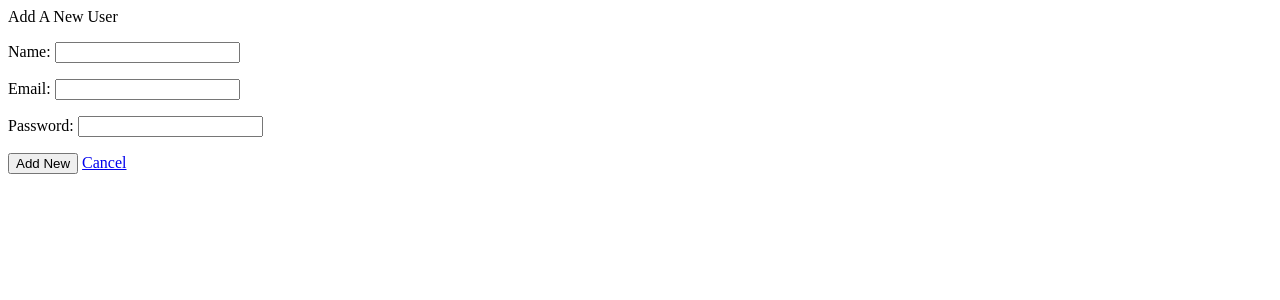
Repository: SirRabbitt/Aplikacja-crud-z-logowaniem-php-js-
Page: http://localhost/add.php
An editor plug-in stored every save of this project. The page is shown before and after the next save, followed by the edit.
The browser window is 1280 px wide. The pictures show the whole page.
The page is run by PHP 8.4 with error messages shown; the project is at /var/www/html/. pdo.php is not in the repository; a stand-in opens the database connection.

Above is the page before, as saved 2024-05-21 08:58:29.

After the next save:
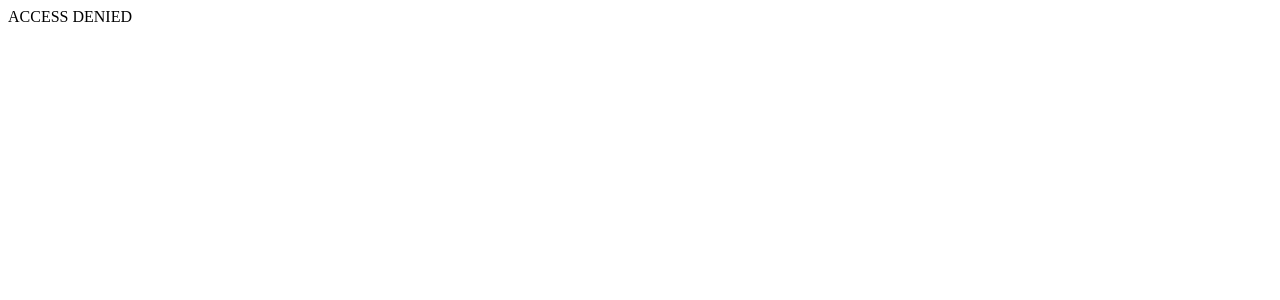
Saved 8 min 22 s later.
--- a/add.php
+++ b/add.php
@@ -1,39 +1,42 @@
 <?php
+session_start();
 require_once "pdo.php";
-session_start();
 
-if ( isset($_POST['name']) && isset($_POST['email'])
-     && isset($_POST['password'])) {
+if ( ! isset($_SESSION['name']) ) {
+    die('ACCESS DENIED');
+}
 
-    // Data validation
-    if ( strlen($_POST['name']) < 1 || strlen($_POST['password']) < 1) {
-        $_SESSION['error'] = 'Missing data';
-        header("Location: add.php");
-        return;
-    }
-
-    if ( strpos($_POST['email'],'@') === false ) {
-        $_SESSION['error'] = 'Bad data';
-        header("Location: add.php");
-        return;
-    }
-
-    $sql = "INSERT INTO users (name, email, password)
-              VALUES (:name, :email, :password)";
-    $stmt = $pdo->prepare($sql);
-    $stmt->execute(array(
-        ':name' => $_POST['name'],
-        ':email' => $_POST['email'],
-        ':password' => $_POST['password']));
-    $_SESSION['success'] = 'Record Added';
-    header( 'Location: index.php' ) ;
+if ( isset($_POST['cancel']) ) {
+    header('Location: index.php');
     return;
 }
 
-// Flash pattern
-if ( isset($_SESSION['error']) ) {
-    echo '<p style="color:red">'.$_SESSION['error']."</p>\n";
-    unset($_SESSION['error']);
+if ( isset($_POST['make']) && isset($_POST['model']) && isset($_POST['year']) && isset($_POST['mileage']) ) {
+    if ( strlen($_POST['make']) < 1 || strlen($_POST['model']) < 1 || strlen($_POST['year']) < 1 || strlen($_POST['mileage']) < 1 ) {
+        $_SESSION['error'] = "All fields are required";
+        header("Location: add.php");
+        return;
+    } elseif ( ! is_numeric($_POST['year']) ) {
+        $_SESSION['error'] = "Year must be an integer";
+        header("Location: add.php");
+        return;
+    } elseif ( ! is_numeric($_POST['mileage']) ) {
+        $_SESSION['error'] = "Mileage must be an integer";
+        header("Location: add.php");
+        return;
+    } else {
+        $sql = "INSERT INTO autos (make, model, year, mileage) VALUES (:make, :model, :year, :mileage)";
+        $stmt = $pdo->prepare($sql);
+        $stmt->execute(array(
+            ':make' => $_POST['make'],
+            ':model' => $_POST['model'],
+            ':year' => $_POST['year'],
+            ':mileage' => $_POST['mileage'])
+        );
+        $_SESSION['success'] = "Record added";
+        header("Location: index.php");
+        return;
+    }
 }
 ?>
 <p>Add A New User</p>

After the save that followed:
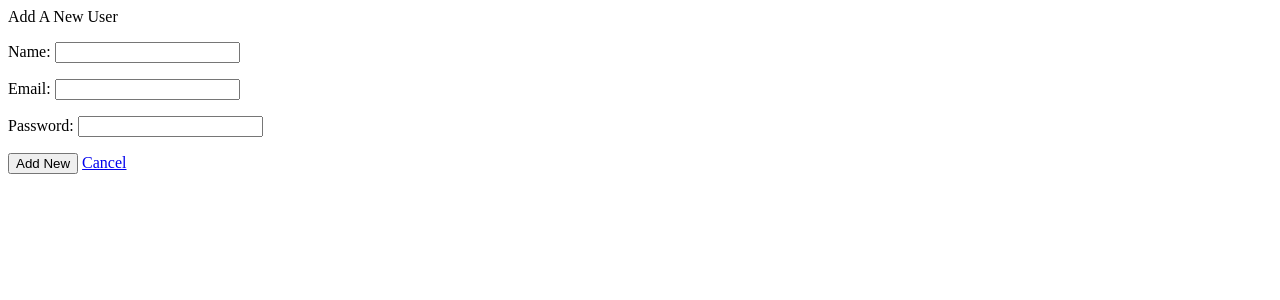
Saved 13 s later.
--- a/add.php
+++ b/add.php
@@ -1,42 +1,39 @@
 <?php
+require_once "pdo.php";
 session_start();
-require_once "pdo.php";
 
-if ( ! isset($_SESSION['name']) ) {
-    die('ACCESS DENIED');
-}
+if ( isset($_POST['name']) && isset($_POST['email'])
+     && isset($_POST['password'])) {
 
-if ( isset($_POST['cancel']) ) {
-    header('Location: index.php');
+    // Data validation
+    if ( strlen($_POST['name']) < 1 || strlen($_POST['password']) < 1) {
+        $_SESSION['error'] = 'Missing data';
+        header("Location: add.php");
+        return;
+    }
+
+    if ( strpos($_POST['email'],'@') === false ) {
+        $_SESSION['error'] = 'Bad data';
+        header("Location: add.php");
+        return;
+    }
+
+    $sql = "INSERT INTO users (name, email, password)
+              VALUES (:name, :email, :password)";
+    $stmt = $pdo->prepare($sql);
+    $stmt->execute(array(
+        ':name' => $_POST['name'],
+        ':email' => $_POST['email'],
+        ':password' => $_POST['password']));
+    $_SESSION['success'] = 'Record Added';
+    header( 'Location: index.php' ) ;
     return;
 }
 
-if ( isset($_POST['make']) && isset($_POST['model']) && isset($_POST['year']) && isset($_POST['mileage']) ) {
-    if ( strlen($_POST['make']) < 1 || strlen($_POST['model']) < 1 || strlen($_POST['year']) < 1 || strlen($_POST['mileage']) < 1 ) {
-        $_SESSION['error'] = "All fields are required";
-        header("Location: add.php");
-        return;
-    } elseif ( ! is_numeric($_POST['year']) ) {
-        $_SESSION['error'] = "Year must be an integer";
-        header("Location: add.php");
-        return;
-    } elseif ( ! is_numeric($_POST['mileage']) ) {
-        $_SESSION['error'] = "Mileage must be an integer";
-        header("Location: add.php");
-        return;
-    } else {
-        $sql = "INSERT INTO autos (make, model, year, mileage) VALUES (:make, :model, :year, :mileage)";
-        $stmt = $pdo->prepare($sql);
-        $stmt->execute(array(
-            ':make' => $_POST['make'],
-            ':model' => $_POST['model'],
-            ':year' => $_POST['year'],
-            ':mileage' => $_POST['mileage'])
-        );
-        $_SESSION['success'] = "Record added";
-        header("Location: index.php");
-        return;
-    }
+// Flash pattern
+if ( isset($_SESSION['error']) ) {
+    echo '<p style="color:red">'.$_SESSION['error']."</p>\n";
+    unset($_SESSION['error']);
 }
 ?>
 <p>Add A New User</p>
